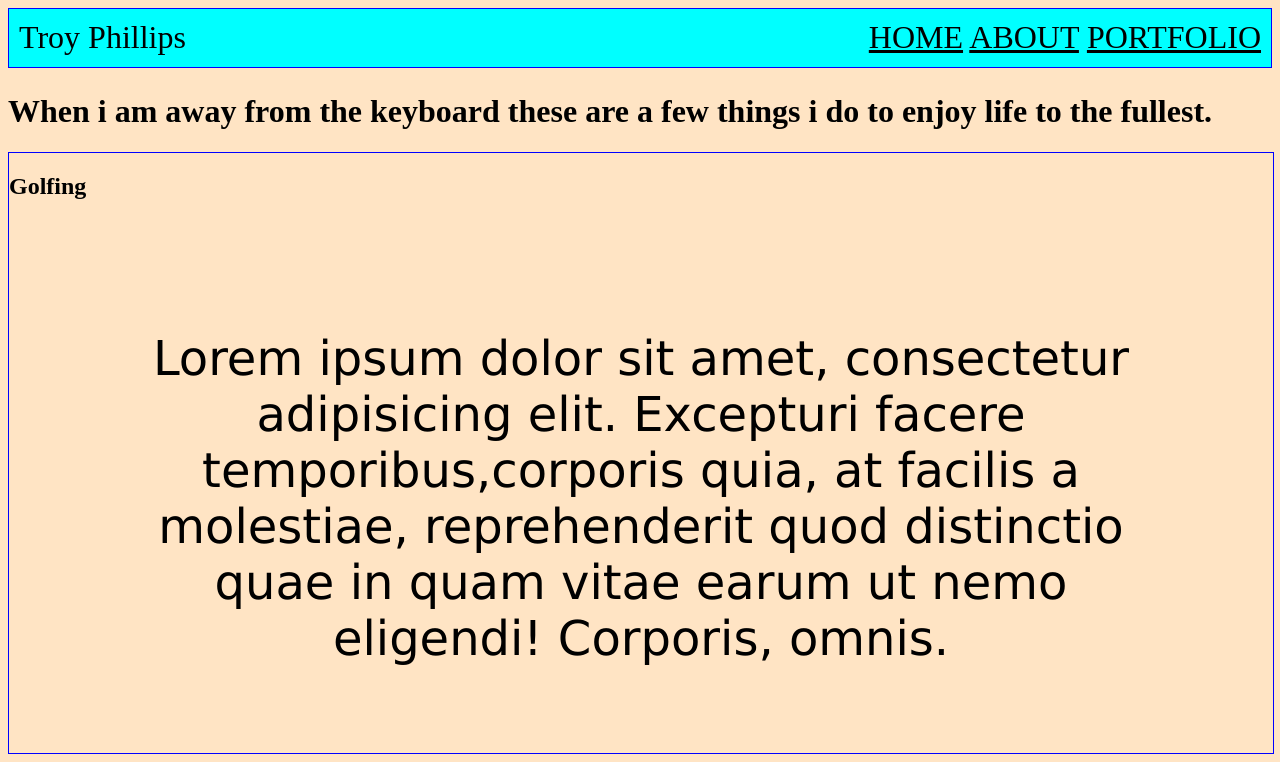
Repository: TheTroyPhillips/Personal-website
Page: about.html
These files come from the project's save history. The page is drawn as it stood at one moment and after the next save; the edit follows.
The browser window is 1280 px wide. The pictures show the whole page.

Above is the page before, as saved 2023-09-10 22:22:46.

After the next save:
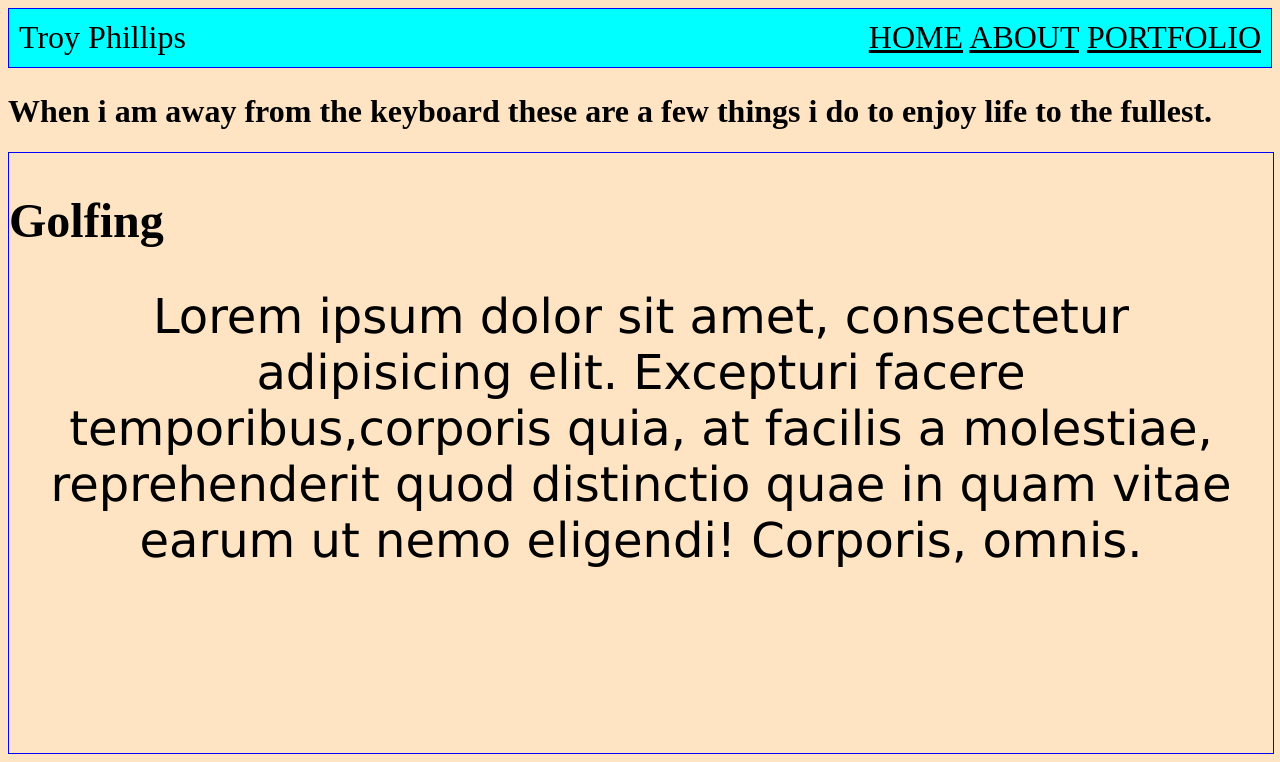
Saved 7 s later.
--- a/style.css
+++ b/style.css
@@ -41,7 +41,9 @@ p{
     font-family: Verdana, Geneva, Tahoma, sans-serif;
     margin: 130px;
 }
-.pa
+.pa{
+    margin: 10px;
+}
 h2{
     font-size: 3rem;
 }
